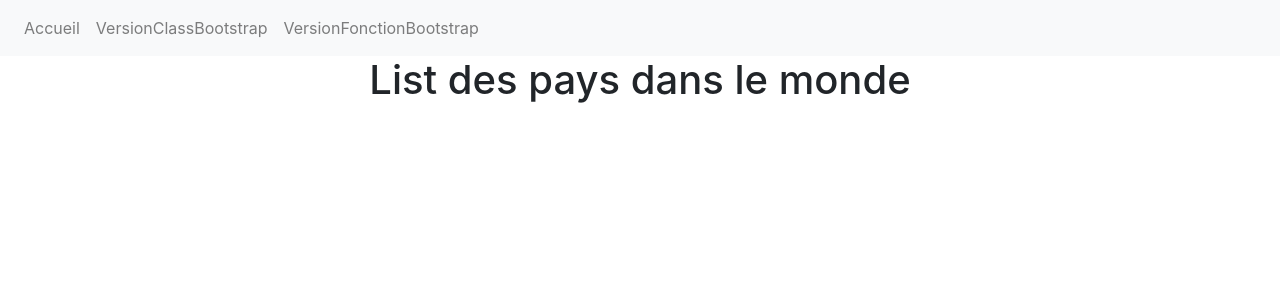
Repository: LudovicB21/CountryTest
Page: /VersionClassMaterialUi
An editor plug-in stored every save of this project. The page is shown before and after the next save, followed by the edit.
The browser window is 1280 px wide. The pictures show the whole page.
The page's requests for data from a server got no answer. The project was rebuilt for these pictures with package versions that can differ from the ones it lists, and the page was loaded fresh each time. No one was signed in, and anything a server would have sent is missing. Also part of the build but not shown: src/components/VersionClassBootstrap/ListPays.components.js, src/components/VersionFonctionBoostrap/ListPays.components.js, src/components/Accueil.js, src/components/VersionClassBootstrap/InfoPays.components.js, src/components/VersionClassMaterialUi/InfoPays.components.js, src/components/VersionFonctionBoostrap/InfoPays.components.js.

Above is the page before, as saved 2020-10-29 10:08:00.

### public/index.html
<!DOCTYPE html>
<html lang="en">
  <head>
    <meta charset="utf-8" />
    <link rel="icon" href="%PUBLIC_URL%/favicon.ico" />
    <link rel="stylesheet" href="https://cdn.jsdelivr.net/npm/bootstrap@4.5.3/dist/css/bootstrap.min.css" integrity="sha384-TX8t27EcRE3e/ihU7zmQxVncDAy5uIKz4rEkgIXeMed4M0jlfIDPvg6uqKI2xXr2" crossorigin="anonymous">
    <meta name="viewport" content="width=device-width, initial-scale=1" />
    <meta name="theme-color" content="#000000" />
    <meta
      name="description"
      content="Web site created using create-react-app"
    />
    <link rel="apple-touch-icon" href="%PUBLIC_URL%/logo192.png" />
    <!--
      manifest.json provides metadata used when your web app is installed on a
      user's mobile device or desktop. See https://developers.google.com/web/fundamentals/web-app-manifest/
    -->
    <link rel="manifest" href="%PUBLIC_URL%/manifest.json" />
    <link
      rel="stylesheet"
      href="https://maxcdn.bootstrapcdn.com/bootstrap/4.5.0/css/bootstrap.min.css"
      integrity="sha384-9aIt2nRpC12Uk9gS9baDl411NQApFmC26EwAOH8WgZl5MYYxFfc+NcPb1dKGj7Sk"
      crossorigin="anonymous"
    />
    <link rel="stylesheet" href="https://cdn.jsdelivr.net/npm/bootstrap@4.5.3/dist/css/bootstrap.min.css" integrity="sha384-TX8t27EcRE3e/ihU7zmQxVncDAy5uIKz4rEkgIXeMed4M0jlfIDPvg6uqKI2xXr2" crossorigin="anonymous">

    <!--
      Notice the use of %PUBLIC_URL% in the tags above.
      It will be replaced with the URL of the `public` folder during the build.
      Only files inside the `public` folder can be referenced from the HTML.

      Unlike "/favicon.ico" or "favicon.ico", "%PUBLIC_URL%/favicon.ico" will
      work correctly both with client-side routing and a non-root public URL.
      Learn how to configure a non-root public URL by running `npm run build`.
    -->
    <title>React App</title>
  </head>
  <body>
    <noscript>You need to enable JavaScript to run this app.</noscript>
    <div id="root"></div>
    <!--
      This HTML file is a template.
      If you open it directly in the browser, you will see an empty page.

      You can add webfonts, meta tags, or analytics to this file.
      The build step will place the bundled scripts into the <body> tag.

      To begin the development, run `npm start` or `yarn start`.
      To create a production bundle, use `npm run build` or `yarn build`.
    -->
  </body>
</html>

### src/App.js
import React from 'react';
import './App.css';
import ListPays from "./components/VersionClassBootstrap/ListPays.components"
import ListPaysMaterial from "./components/VersionClassMaterialUi/ListPays.components"
import ListPaysFonction from "./components/VersionFonctionBoostrap/ListPays.components"
import Accueil from "./components/Accueil"
import { BrowserRouter as Router, Route, Switch} from 'react-router-dom'
import InfoPays from "./components/VersionClassBootstrap/InfoPays.components"
import InfosPaysMaterial from "./components/VersionClassMaterialUi/InfoPays.components"
import InfoPaysFonction from "./components/VersionFonctionBoostrap/InfoPays.components"
import Nav from "./components/Navigation"
function App() {
  return (
    <div className="App">
        <Router>
          <Nav />
          <Switch>
            <Route path="/"  exact component={Accueil} />
            <Route path="/VersionClassBootstrap" exact component={ListPays} />
            <Route path="/VersionFonctionBoostrap" exact component={ListPaysFonction} />
            <Route path="/VersionClassMaterialUi" exact component={ListPaysMaterial} />
            <Route path="/VersionClassMaterialUi/:id" component={InfosPaysMaterial} />
            <Route path="/VersionClassBootstrap/:id"  component={InfoPays }/>
            <Route path="/VersionFonctionBoostrap/:id" component={InfoPaysFonction} />
          </Switch>
        </Router>
    </div>
  );
}

export default App;

### src/components/VersionClassMaterialUi/ListPays.components.js
import React, { Component } from 'react'
import {Link} from 'react-router-dom'

class Pays extends Component{
  state = {
    items: []
  }

  componentDidMount(){
    fetch(
      "https://restcountries.eu/rest/v2/all"
    )
    .then(response => response.json())
    .then(responseJson => {
      this.setState({items: responseJson})
    })
  }

  render(){
    return(
      <div className="container">
        <h1>List des pays dans le monde </h1>
          <ul className="list-group">
            {this.state.items.map(pays => {
              return (<Link to={{pathname: `/VersionClassBootstrap/${pays.name}`, query: {pays}}}>
                <li key={pays.alpha3Code} className="list-group-item">
                  {pays.name} <img src={pays.flag} style={{width: "50px", height: "50px"}} alt="drapeau" />
                </li>
              </Link>
            )})}
          </ul>
      </div>
    )
  }


}


export default Pays

### src/components/Navigation.js
import React, { Component } from 'react';
import { Link } from 'react-router-dom';

class Navigation extends Component {
    render() {
        return (
            <nav class="navbar navbar-expand-lg navbar-light bg-light">
            <button class="navbar-toggler" type="button" data-toggle="collapse" data-target="#navbarNav" aria-controls="navbarNav" aria-expanded="false" aria-label="Toggle navigation">
                <span class="navbar-toggler-icon"></span>
            </button>
            <div class="collapse navbar-collapse" id="navbarNav">
                <ul class="navbar-nav">
                    <Link to="/">
                        <li class="nav-item">
                            <a class="nav-link">Accueil</a>
                        </li>
                    </Link>
                    <Link to="/VersionClassBootstrap">
                        <li class="nav-item">
                            <a class="nav-link">VersionClassBootstrap</a>
                        </li>
                    </Link>
                    <Link to="/VersionFonctionBootstrap">
                        <li class="nav-item">
                            <a class="nav-link">VersionFonctionBootstrap</a>
                        </li>
                    </Link>
                </ul>
            </div>
            </nav>
        )
    }
}

export default Navigation

Loaded but not shown: src/index.js (common file); src/index.css (common file); src/serviceWorker.js (common file); src/App.css (common file)

After the next save:
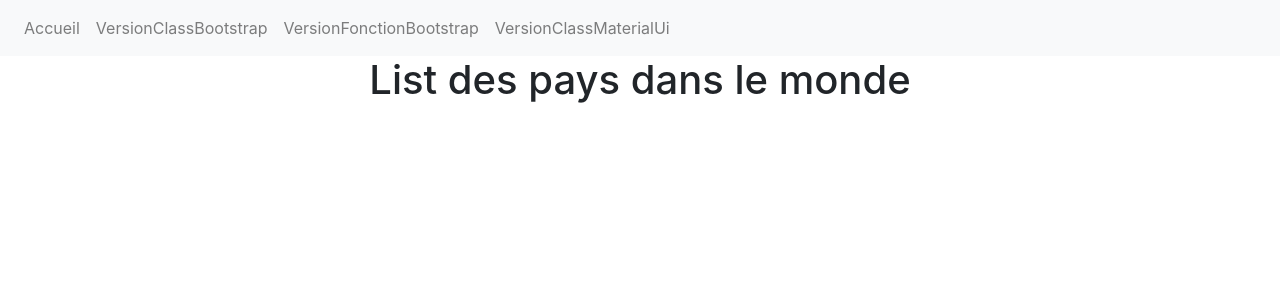
Saved 21 s later.
--- a/src/components/Navigation.js
+++ b/src/components/Navigation.js
@@ -25,6 +25,11 @@ class Navigation extends Component {
                             <a class="nav-link">VersionFonctionBootstrap</a>
                         </li>
                     </Link>
+                    <Link to="/VersionClassMaterialUi">
+                        <li class="nav-item">
+                            <a class="nav-link">VersionClassMaterialUi</a>
+                        </li>
+                    </Link>
                 </ul>
             </div>
             </nav>
